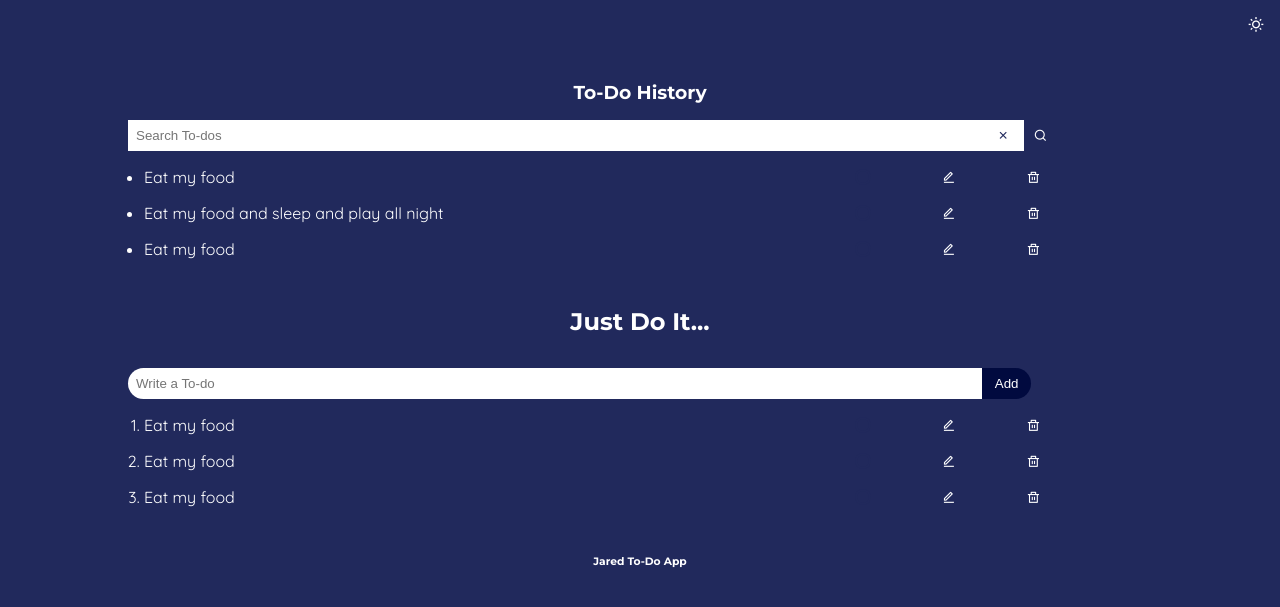
Repository: EguJaredoBoyd/Jared-ToDo-App
Page: main.html
An editor plug-in stored every save of this project. The page is shown before and after the next save, followed by the edit.
The browser window is 1280 px wide. The pictures show the whole page.
Some web libraries are served in a nearby version.

Above is the page before, as saved 2025-12-24 20:14:43.
Not found: js/to-do.j

After the next save:
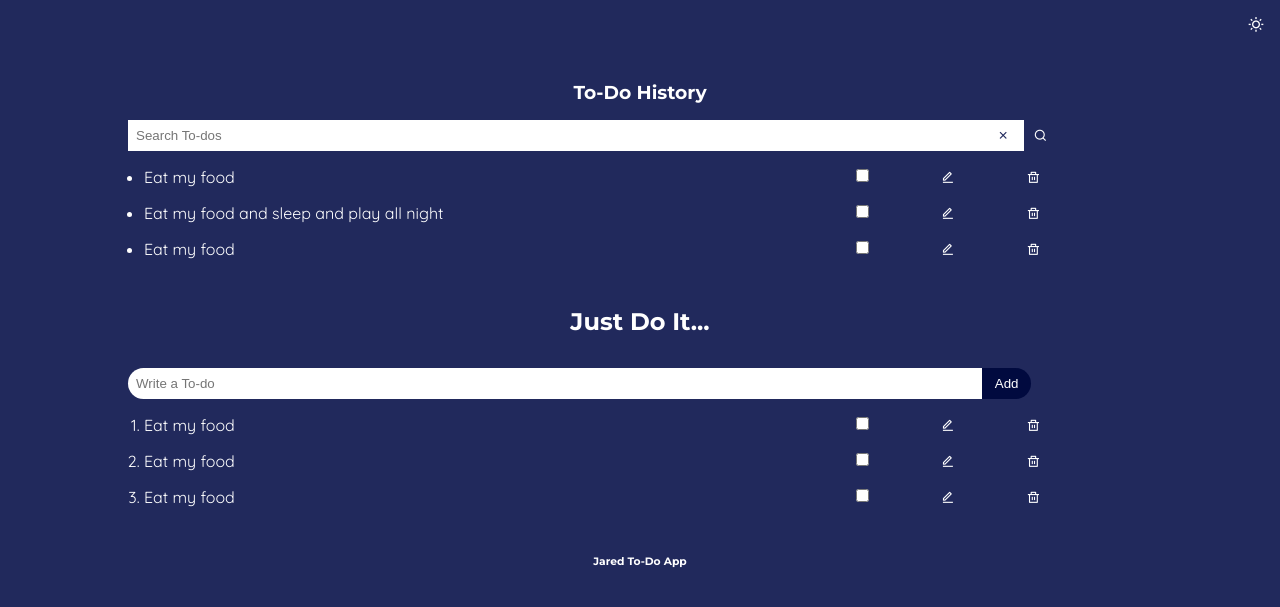
Saved 64 s later.
--- a/css/main.css
+++ b/css/main.css
@@ -42,9 +42,7 @@ button {
   color: var(--secondary-color);
 }
 
-input[type="checkbox"] {
-  appearance: none;
-  -webkit-appearance: none;
+input[type="checkbox"]::after {
   width: 1rem;
   height: 1rem;
   border: 2px solid var(--primary-color);
